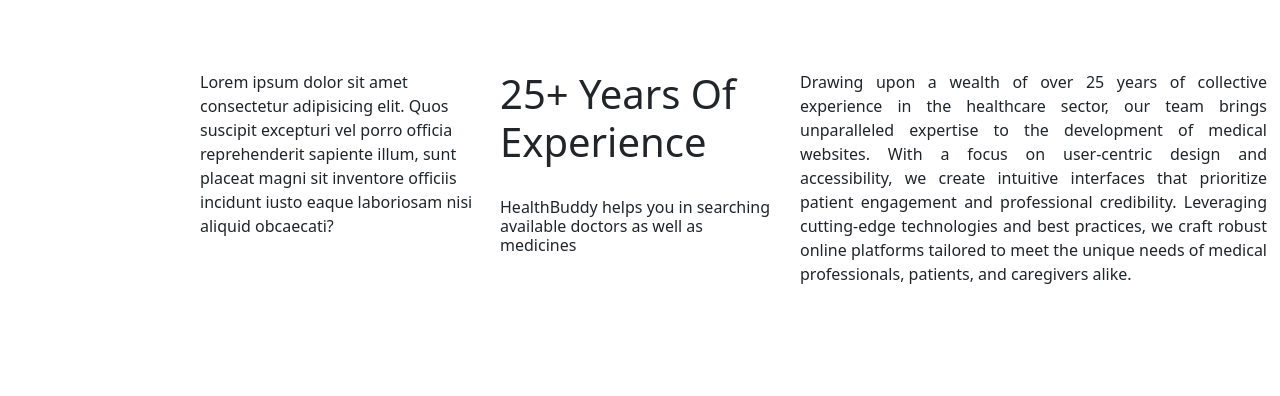
Repository: WajihaGul/MedicalApp-Frontend
Page: /
The author's editor kept a copy of each file at every save. The page is drawn from the files as they stood at one save, then again after the next save.
The browser window is 1280 px wide. The pictures show the whole page.
The project was rebuilt for these pictures with package versions that can differ from the ones it lists, and the page was loaded fresh each time. Also part of the build but not shown: vite.config.js, src/index.css, src/App.css, src/Components/LandingPage/LandingPage.jsx, src/Components/NavigationBar/Navbar.module.css, src/Components/NavigationBar/Navbar.jsx.

Above is the page before, as saved 2024-05-01 07:25:17.

### public/index.html
<!DOCTYPE html>
<html lang="en">
  <head>
    <meta charset="utf-8" />
    <link rel="icon" href="%PUBLIC_URL%/favicon.ico" />
    <meta name="viewport" content="width=device-width, initial-scale=1" />
    <meta name="theme-color" content="#000000" />
    <meta
      name="description"
      content="Web site created using create-react-app"
    />
    <link rel="apple-touch-icon" href="%PUBLIC_URL%/logo192.png" />

    <link rel="manifest" href="%PUBLIC_URL%/manifest.json" />

    <title>Health Buddy</title>

    <!-- Bootstrap CSS -->

    <link href="https://cdn.jsdelivr.net/npm/bootstrap@5.3.3/dist/css/bootstrap.min.css" rel="stylesheet">
  </head>
  <body>
    <noscript>You need to enable JavaScript to run this app.</noscript>
    <div id="root"></div>

  </body>
</html>

### src/App.js
import "./App.css";
import Homepage from "./Pages/Homepage";
function App() {
  return (
    <>
      <Homepage />
    </>
  );
}

export default App;

### src/Pages/Homepage.jsx
import Experience from "../Components/Experience/Experience";
import LandingPage from "../Components/LandingPage/LandingPage";
import Navbar from "../Components/NavigationBar/Navbar";

const Homepage = () => {
  return (
    <>
      <Experience />
    </>
  );
};
export default Homepage;

### src/Components/Experience/Experience.jsx
import styles from "./Experience.module.css";
const Experience = () => {
  return (
    <>
      <div className={styles.container}>
        <div className={styles.logo}>
          <p>
            Lorem ipsum dolor sit amet consectetur adipisicing elit. Quos
            suscipit excepturi vel porro officia reprehenderit sapiente illum,
            sunt placeat magni sit inventore officiis incidunt iusto eaque
            laboriosam nisi aliquid obcaecati?
          </p>
        </div>
        <div className={styles.experience}>
          <h1 className={styles.head1}>25+ Years Of Experience</h1>

          <br />
          <h6>
            HealthBuddy helps you in searching available doctors as well as
            medicines
          </h6>
        </div>
        <div className={styles.story}>
          <p className={styles.story_p}>
            Drawing upon a wealth of over 25 years of collective experience in
            the healthcare sector, our team brings unparalleled expertise to the
            development of medical websites. With a focus on user-centric design
            and accessibility, we create intuitive interfaces that prioritize
            patient engagement and professional credibility. Leveraging
            cutting-edge technologies and best practices, we craft robust online
            platforms tailored to meet the unique needs of medical
            professionals, patients, and caregivers alike.
          </p>
        </div>
      </div>
    </>
  );
};
export default Experience;

### src/Components/Experience/Experience.module.css
.container{
  margin:0 auto;
  width: 900px;
  padding-top: 30px;
    margin-top: 30px;
}

.logo , .experience , .story{
  float: left;
  width: 280px;
  margin: 10px;
}

.story_p{
  width: 467px;
  text-align: justify;
}

Loaded but not shown: src/index.js (common file)

After the next save:
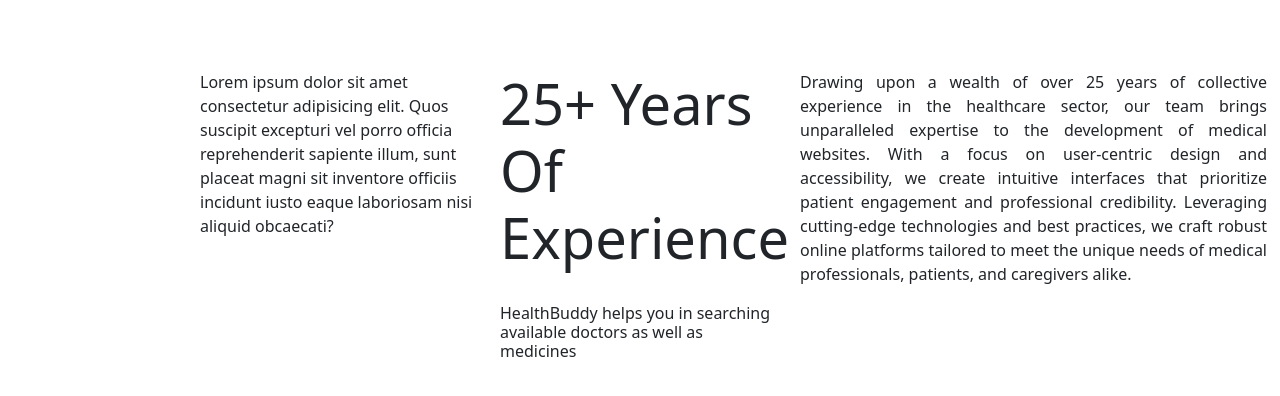
Saved 50 s later.
--- a/src/Components/Experience/Experience.module.css
+++ b/src/Components/Experience/Experience.module.css
@@ -15,3 +15,7 @@
   width: 467px;
   text-align: justify;
 }
+
+.head1{
+  font-size: 3.5rem;
+}
